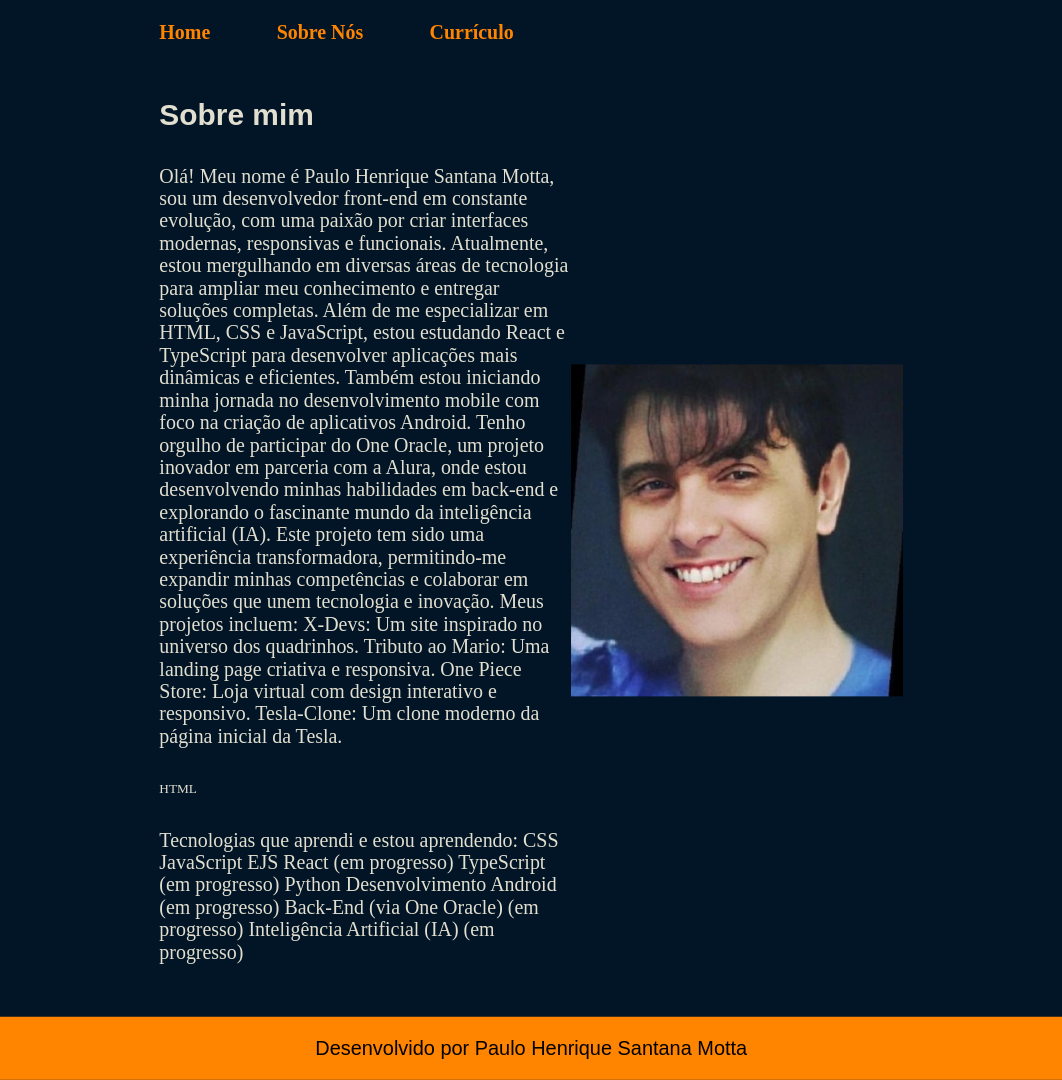
Repository: phsmottanerd/projeto-portfolio-alura
Page: about.html
An editor plug-in stored every save of this project. The page is shown before and after the next save, followed by the edit.
The browser window is 1280 px wide. The pictures show the whole page, at 83% of full size.
Some web fonts or font styles are not loaded; a fallback is used.

Above is the page before, as saved 2025-01-30 01:10:54.

After the next save:
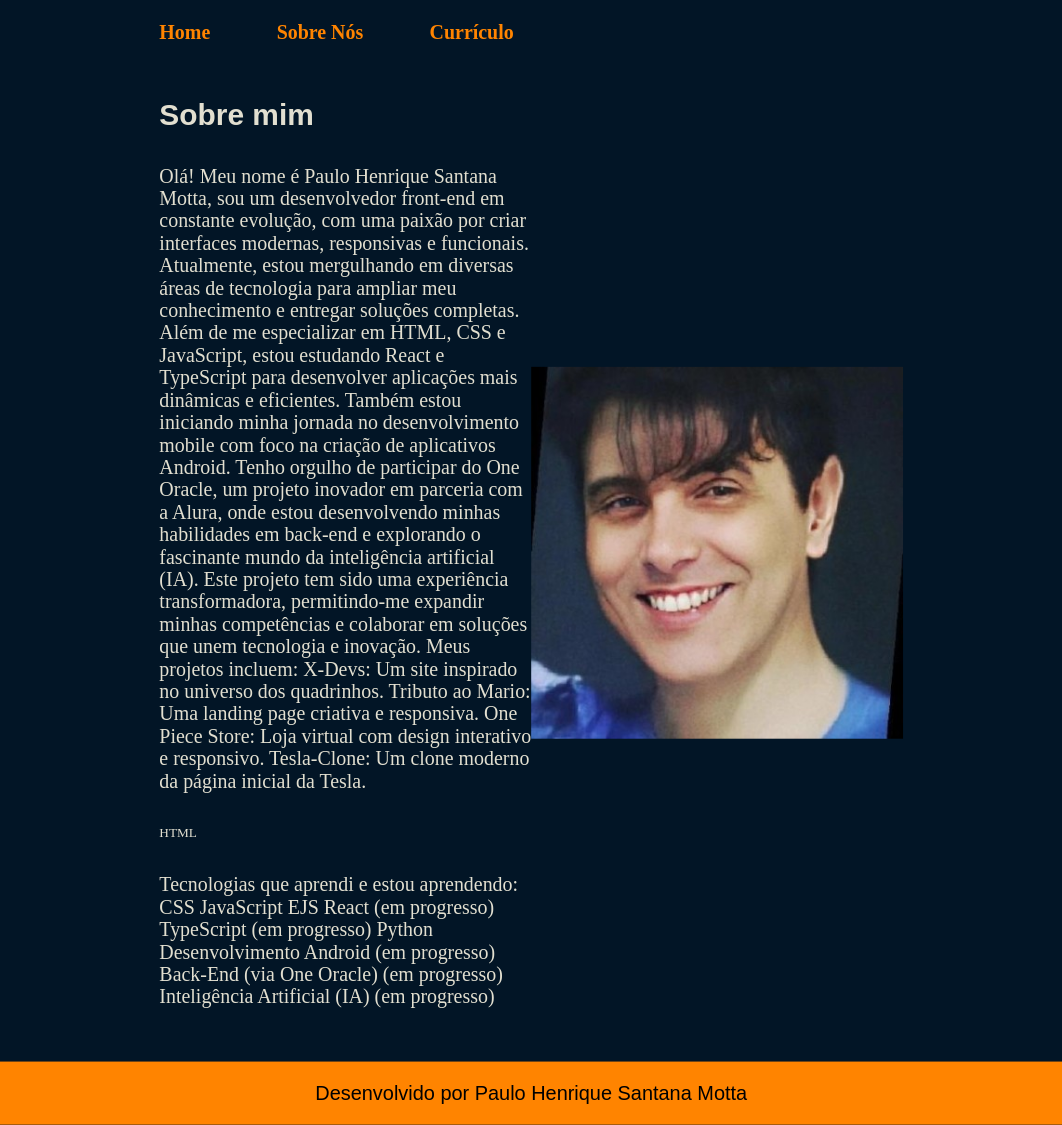
Saved 2 min 10 s later.
--- a/estilos/style.css
+++ b/estilos/style.css
@@ -49,7 +49,7 @@ body {
   justify-content: space-between;
 }
 .apresentacao__conteudo {
-  width: 615px;
+  width: 50%;
   display: flex;
   flex-direction: column;
   gap: 40px;
